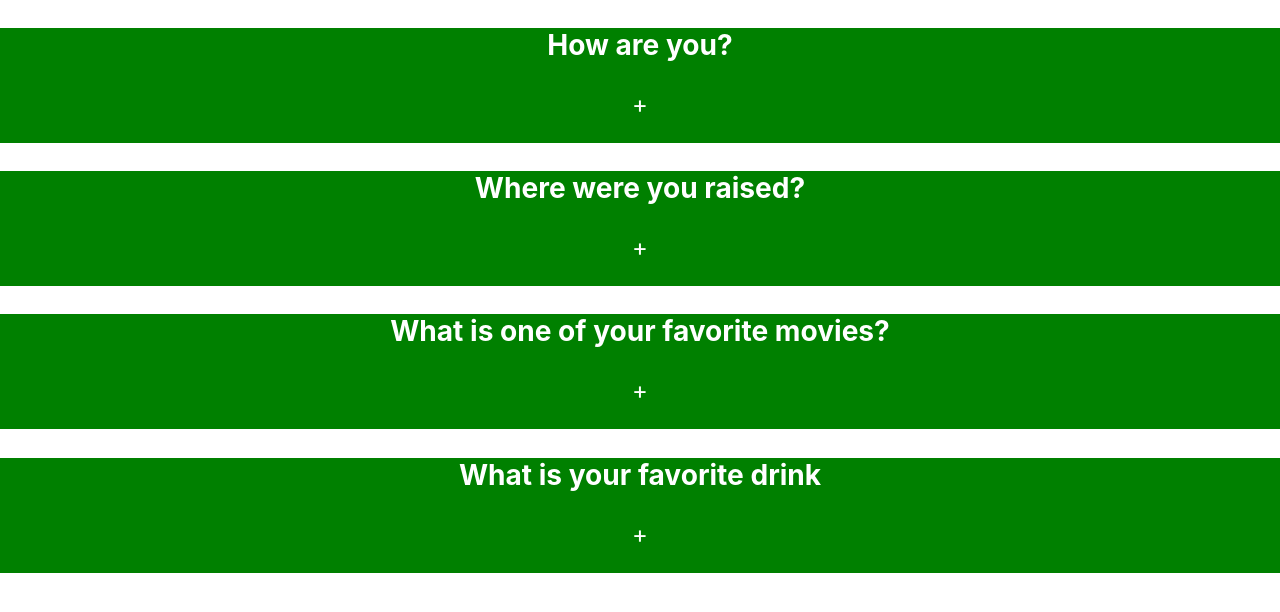
Repository: kosenijr/react-projects
Page: / (app in accordion/)
These files come from the project's save history. The page is drawn as it stood at one moment and after the next save; the edit follows.
The browser window is 1280 px wide. The pictures show the whole page.
The project was rebuilt for these pictures with package versions that can differ from the ones it lists, and the page was loaded fresh each time.

Above is the page before, as saved 2024-03-02 22:25:13.

### accordion/src/App.js
import React from "react";
import "./App.css";
import Accordion from "./components/Accordion";

function App() {
  return (
    <div className="App">
      <Accordion />
    </div>
  );
}

export default App;

### accordion/src/components/Accordion.js
import React, { useState } from "react";
import "../styles/Accordion.css";
import data from "../data";

function Accordion() {
  // setting up useState
  const [selected, setSelected] = useState(null);
  // setting up handling
  const handleSingleSelection = (getCurrentId) => {
    console.log(selected, getCurrentId);
    // setSelected(getCurrentId === selected ? null : getCurrentId); // keep add condition for closure
    setSelected(selected !== getCurrentId ? getCurrentId : null)
  };

  return (
    <div className="wrapper">
      {/* single selection accordion */}
      <div className="accordion">
        {data && data.length > 0 ? (
          data.map((dataItem) => (
            <div className="item" key={dataItem.id}>
              {" "}
              {/* always remember to add key */}
              <div
                className="title"
                onClick={() => handleSingleSelection(dataItem.id)}
              >
                <h3>{dataItem.question}</h3>
                <span>+</span>
              </div>
              {selected === dataItem.id ? (
                <div className="content ">{dataItem.answer}</div>
              ) : null}
            </div>
          ))
        ) : (
          <div>No data found!</div>
        )}
      </div>
    </div>
  );
}

export default Accordion;

### accordion/src/styles/Accordion.css
.wrapper {
}
.accordion {
  color: white;
}

.item {
  background-color: green;
  padding-bottom: 1em;
  font-size: 1.5em;
}

### accordion/src/data.js
const data = [
  {
    id: 1,
    question: "How are you?",
    answer: "I am well!",
  },

  {
    id: 2,
    question: "Where were you raised?",
    answer: "I was raised in Queens.",
  },

  {
    id: 3,
    question: "What is one of your favorite movies?",
    answer: "Harlem Nights",
  },

  {
    id: 4,
    question: "What is your favorite drink",
    answer: "Water",
  },
];

export default data;

Loaded but not shown: accordion/public/index.html (common file); accordion/src/index.js (common file); accordion/src/index.css (common file); accordion/src/reportWebVitals.js (common file); accordion/src/App.css (common file)

After the next save:
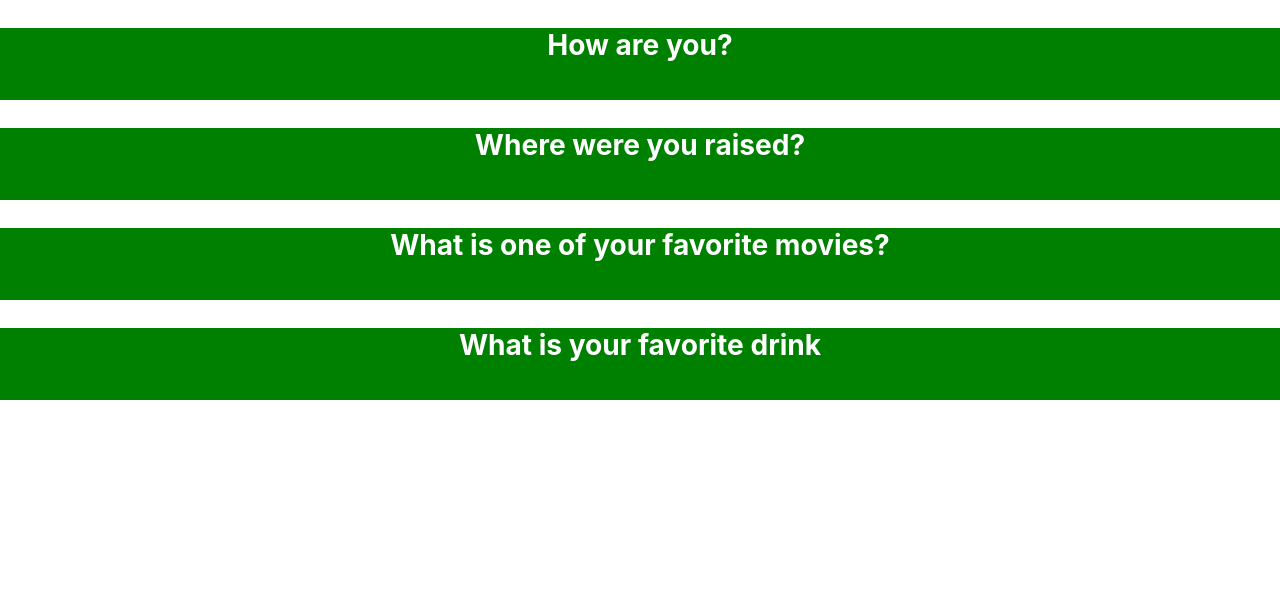
Saved 24 s later.
--- a/accordion/src/styles/Accordion.css
+++ b/accordion/src/styles/Accordion.css
@@ -6,6 +6,7 @@
 
 .item {
   background-color: green;
+  height: 2em;
   padding-bottom: 1em;
   font-size: 1.5em;
 }
